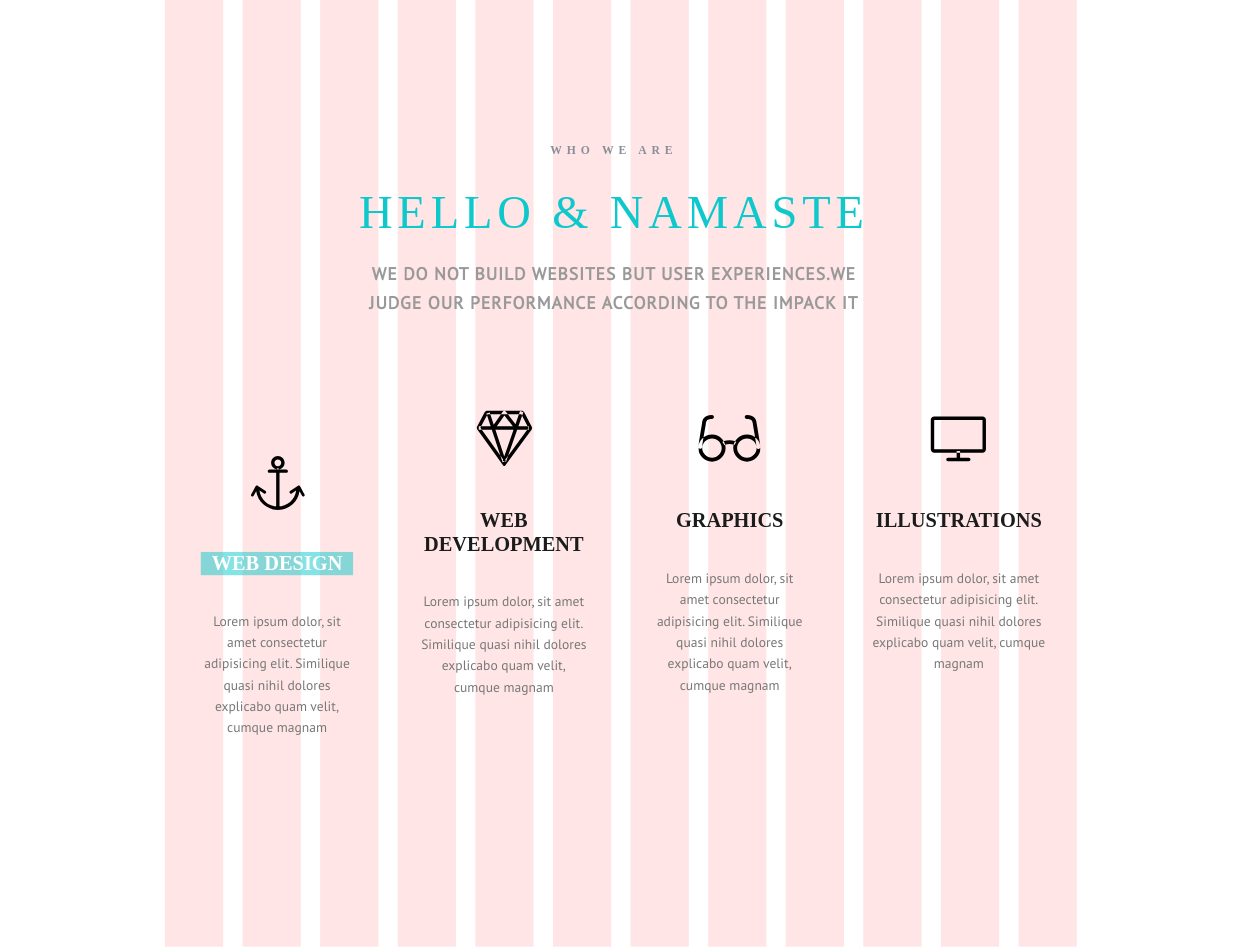
Repository: shpakovskaya/github.io
Page: boxsizing/namastegreen/index.html
An editor plug-in stored every save of this project. The page is shown before and after the next save, followed by the edit.
The browser window is 1280 px wide. The pictures show the whole page, at 97% of full size.
The pointer rests on the first visible `.c-wrapper__anchor`.

Above is the page before, as saved 2021-11-24 21:22:45.

### boxsizing/namastegreen/index.html
<!DOCTYPE html>
<html lang="en">
  <head>
    <meta charset="UTF-8" />
    <meta http-equiv="X-UA-Compatible" content="IE=edge" />
    <meta name="viewport" content="width=device-width, initial-scale=1.0" />
    <title>namaste_green</title>
    <link
      rel="stylesheet"
      href="https://cdnjs.cloudflare.com/ajax/libs/normalize/8.0.1/normalize.min.css"
      integrity="sha512-NhSC1YmyruXifcj/KFRWoC561YpHpc5Jtzgvbuzx5VozKpWvQ+4nXhPdFgmx8xqexRcpAglTj9sIBWINXa8x5w=="
      crossorigin="anonymous"
      referrerpolicy="no-referrer"
    />
    <link
      rel="shortcut icon"
      href="./free-icon-sahasrara-5937794.ico"
      type="image/x-icon"
    />
    <!-- Fonts -->
    <link rel="stylesheet" href="./montserrat/Montserrat-Regular.ttf" />
    <link rel="stylesheet" href="./montserrat/Montserrat-Bold.ttf" />
    <link rel="preconnect" href="https://fonts.googleapis.com" />
    <link rel="preconnect" href="https://fonts.gstatic.com" crossorigin />
    <link
      href="https://fonts.googleapis.com/css2?family=PT+Sans&display=swap"
      rel="stylesheet"
    />
    <link rel="stylesheet" href="./style.css" />
  </head>
  <body>
    <!-- Background -->
    <div class="conteiner">
      <img
        src="./img/1b0eb2e9-f134-46c9-915e-629d914347aa (1).png"
        alt="background"
      />
      <!-- Header -->
      <header class="header conteiner">
        <header class="header__wrapper">
          <h5 class="e-header__one">WHO WE ARE</h5>
          <h2 class="e-header__two">HELLO & NAMASTE</h2>
          <h4 class="e-header__three">
            WE DO NOT BUILD WEBSITES BUT USER EXPERIENCES.WE
            <br />JUDGE OUR PERFORMANCE ACCORDING TO THE IMPACK IT
          </h4>
        </header>
      </header>
      <!-- Main content -->
      <div class="wrapper">
        <!-- Anchor item -->
        <div class="c-wrapper__anchor">
          <div class="e-wrapper__anchor">
            <svg
              version="1.2"
              baseprofile="tiny-ps"
              xmlns="http://www.w3.org/2000/svg"
              viewbox="0 0 69 74"
              width="64"
              height="64"
            >
              <path
                id="Anchor"
                class="shp0"
                d="M35 70.19C21.76 70.19 10.62 60.29 9.08 47.16C8.95 46.06 9.73 45.07 10.83 44.94C11.92 44.8 12.92 45.59 13.05 46.69C14.35 57.81 23.79 66.19 35 66.19C46.19 66.19 55.63 57.82 56.95 46.73C57.08 45.63 58.07 44.84 59.17 44.98C60.27 45.11 61.06 46.1 60.92 47.2C59.36 60.31 48.22 70.19 35 70.19ZM35 69.68C33.89 69.68 33 68.79 33 67.68L33 22.56C33 21.45 33.89 20.56 35 20.56C36.1 20.56 37 21.45 37 22.56L37 67.68C37 68.79 36.1 69.68 35 69.68ZM35.03 9.94C37.27 9.94 39.09 11.76 39.09 14C39.09 16.24 37.27 18.06 35.03 18.06C32.79 18.06 30.97 16.24 30.97 14C30.97 11.76 32.79 9.94 35.03 9.94M35.03 5.94C30.58 5.94 26.97 9.55 26.97 14C26.97 18.45 30.58 22.06 35.03 22.06C39.48 22.06 43.09 18.45 43.09 14C43.09 9.55 39.48 5.94 35.03 5.94L35.03 5.94ZM59.4 45.16L51.49 50.54C50.81 50.97 49.89 50.95 49.48 50.25L49.07 49.8C48.67 49.1 48.89 48.18 49.57 47.74L58.67 41.6C58.68 41.59 58.69 41.58 58.7 41.57L59.32 41.17C59.66 40.95 60.05 40.9 60.4 40.99C60.76 41.07 61.09 41.3 61.29 41.65L61.66 42.28C61.67 42.3 61.66 42.31 61.67 42.32L66.81 51.78C67.22 52.48 67 53.39 66.32 53.83L65.75 54.05C65.07 54.48 64.23 54.09 63.82 53.39L59.4 45.16ZM6.18 53.39C5.77 54.09 4.93 54.48 4.25 54.05L3.68 53.83C3 53.39 2.78 52.48 3.19 51.78L8.33 42.32C8.34 42.31 8.33 42.3 8.34 42.28L8.71 41.65C8.91 41.3 9.24 41.07 9.6 40.99C9.95 40.9 10.34 40.95 10.68 41.17L11.3 41.57C11.31 41.58 11.32 41.59 11.33 41.6L20.43 47.74C21.11 48.18 21.33 49.1 20.93 49.8L20.52 50.25C20.11 50.95 19.19 50.97 18.51 50.54L10.6 45.16L6.18 53.39ZM25 22L45 22C46.1 22 47 22.89 47 24C47 25.1 46.1 26 45 26L25 26C23.9 26 23 25.1 23 24C23 22.89 23.9 22 25 22Z"
              />
            </svg>
          </div>
          <div class="title">
            <h4 class="title__anchor">WEB DESIGN</h4>
          </div>
          <div class="text__anchor">
            <span
              >Lorem ipsum dolor, sit amet consectetur adipisicing elit.
              Similique quasi nihil dolores explicabo quam velit, cumque magnam
            </span>
          </div>
        </div>
        <!-- Diamond item -->
        <div class="c-wrapper__diamond">
          <div class="e-wrapper__diamond">
            <svg
              version="1.2"
              baseprofile="tiny-ps"
              xmlns="http://www.w3.org/2000/svg"
              viewbox="0 0 74 72"
              width="66"
              height="64"
            >
              <path
                id="Diamond"
                class="shp0"
                d="M57.75 7.98L66.06 23.88L37.94 62.17L10.27 23.59L18.57 7.98L57.75 7.98M58.17 3.98L18.17 3.98C17.07 3.98 15.74 4.77 15.23 5.75L6.51 22.14C5.99 23.11 6.09 24.63 6.73 25.53L36.74 67.35C37.06 67.8 37.49 68.03 37.91 68.03C38.34 68.03 38.76 67.81 39.09 67.36L69.58 25.85C70.23 24.96 70.35 23.44 69.84 22.47L61.09 5.75C60.58 4.78 59.27 3.98 58.17 3.98L58.17 3.98ZM66.42 25.98L8.42 25.98L8.42 21.98L66.42 21.98L66.42 25.98ZM36.02 63.61L17.27 7.11L21.06 5.85L39.81 62.35L36.02 63.61ZM39.96 63.18L36.18 61.86L56.28 4.32L60.06 5.64L39.96 63.18ZM27.14 25.12L23.86 22.83L36.39 4.83C36.76 4.31 37.35 3.99 37.98 3.97C38.59 3.98 39.22 4.24 39.61 4.75L53.08 22.08L49.92 24.54L38.12 9.35L27.14 25.12Z"
              />
            </svg>
          </div>
          <div class="title">
            <h4 class="title__diamond">WEB DEVELOPMENT</h4>
          </div>
          <div class="text__diamond">
            <span
              >Lorem ipsum dolor, sit amet consectetur adipisicing elit.
              Similique quasi nihil dolores explicabo quam velit, cumque magnam
            </span>
          </div>
        </div>
        <!-- Eyeglasses item -->
        <div class="c-wrapper__eyeglasses">
          <div class="e-wrapper__eyeglasses">
            <svg
              version="1.2"
              baseprofile="tiny-ps"
              xmlns="http://www.w3.org/2000/svg"
              viewbox="0 0 64 48"
              width="64"
              height="64"
            >
              <path
                id="Eyeglasses"
                class="shp0"
                d="M1.91 34.69C1.86 34.69 1.81 34.69 1.77 34.69C0.66 34.61 -0.17 33.65 -0.09 32.55C-0.03 31.68 3.03 12.72 3.54 9.66C3.59 9.37 3.62 9.06 3.67 8.73C4.06 5.65 4.79 -0.06 14.01 -0.06C15.12 -0.06 16.01 0.83 16.01 1.94C16.01 3.04 15.12 3.94 14.01 3.94C8.31 3.94 8.01 6.28 7.63 9.24C7.59 9.62 7.54 9.98 7.48 10.32C7.09 12.7 4.32 26.99 3.9 32.83C3.83 33.89 2.95 34.69 1.91 34.69ZM62.09 34.82C61.05 34.82 59.97 34.01 59.9 32.96C59.48 27.12 56.71 12.7 56.32 10.32C56.26 9.98 56.21 9.62 56.17 9.24C55.79 6.28 55.49 3.94 49.79 3.94C48.69 3.94 47.79 3.04 47.79 1.94C47.79 0.83 48.69 -0.06 49.79 -0.06C59.01 -0.06 59.74 5.65 60.13 8.73C60.18 9.06 60.21 9.37 60.26 9.66C60.77 12.72 64.03 31.81 64.09 32.67C64.17 33.78 63.34 34.73 62.23 34.81C62.19 34.82 62.14 34.82 62.09 34.82ZM14.08 24.02C19.58 24.02 24.04 28.48 24.04 33.98C24.04 39.47 19.58 43.94 14.08 43.94C8.57 43.94 3.92 39.38 3.92 33.98C3.92 28.58 8.57 24.02 14.08 24.02M14.08 20.02C6.37 20.02 -0.08 26.27 -0.08 33.98C-0.08 41.69 6.37 47.94 14.08 47.94C21.79 47.94 28.04 41.69 28.04 33.98C28.04 26.27 21.79 20.02 14.08 20.02L14.08 20.02ZM50.08 24.02C55.57 24.02 60.04 28.48 60.04 33.98C60.04 39.47 55.57 43.94 50.08 43.94C44.57 43.94 39.91 39.38 39.91 33.98C39.91 28.58 44.57 24.02 50.08 24.02M50.08 20.02C42.37 20.02 35.91 26.27 35.91 33.98C35.91 41.69 42.37 47.94 50.08 47.94C57.79 47.94 64.04 41.69 64.04 33.98C64.04 26.27 57.79 20.02 50.08 20.02L50.08 20.02ZM26.87 30.96L24.69 27.6C24.97 27.42 27.51 25.83 31.98 25.83C36.25 25.83 38.86 27.23 39.15 27.39L37.18 30.88C37.18 30.88 35.21 29.83 31.98 29.83C28.71 29.83 26.89 30.94 26.87 30.96Z"
              />
            </svg>
          </div>
          <div class="title">
            <h4 class="title__eyeglasses">GRAPHICS</h4>
          </div>
          <div class="text__eyeglasses">
            <span
              >Lorem ipsum dolor, sit amet consectetur adipisicing elit.
              Similique quasi nihil dolores explicabo quam velit, cumque magnam
            </span>
          </div>
        </div>
        <!-- Monitor item -->
        <div class="c-wrapper__monitor">
          <div class="e-wrapper__monitor">
            <svg
              version="1.2"
              baseprofile="tiny-ps"
              xmlns="http://www.w3.org/2000/svg"
              viewbox="0 0 72 65"
              width="64"
              height="64"
            >
              <path
                id="Monitor"
                class="shp0"
                d="M64 10.98L64 44.99L8 44.99L8 10.98L64 10.98M64 6.98L8 6.98C5.8 6.98 4 8.78 4 10.98L4 44.99C4 47.19 5.8 48.99 8 48.99L64 48.99C66.2 48.99 68 47.19 68 44.99L68 10.98C68 8.78 66.2 6.98 64 6.98L64 6.98ZM38 47L38 55L48 55C49.1 55 50 55.9 50 57C50 58.1 49.1 59 48 59L24 59C22.9 59 22 58.1 22 57C22 55.9 22.9 55 24 55L34 55L34 47L38 47Z"
              />
            </svg>
          </div>
          <div class="title">
            <h4 class="title__monitor">ILLUSTRATIONS</h4>
          </div>
          <div class="text__monitor">
            <span
              >Lorem ipsum dolor, sit amet consectetur adipisicing elit.
              Similique quasi nihil dolores explicabo quam velit, cumque magnam
            </span>
          </div>
        </div>
      </div>
    </div>
  </body>
</html>

### boxsizing/namastegreen/style.css
* {
  margin: 0;
  padding: 0;
  box-sizing: border-box;
}

.conteiner {
  max-width: 1280px;
  max-height: 976px;
  position: relative;
}

/* Header */
.header {
  position: absolute;
  top: 0px;
  left: 370px;
}

.header__wrapper {
  margin-top: 140px;
  text-align: center;
  line-height: 30px;
  /* display: flex;
  flex-direction: column; */
  /* justify-content: center; */
}
.e-header__one {
  font-size: 12px;
  font-family: "Montserrat";

  color: #898f99;
  letter-spacing: 5px;
  margin-bottom: 34px;
}

.e-header__two {
  font-size: 48px;
  font-family: "Montserrat";
  color: #0ec8cb;
  margin-bottom: 34px;
  letter-spacing: 5px;
  font-weight: 400;
}

.e-header__three {
  font-size: 18px;
  letter-spacing: 1px;
  color: #999999;
  font-family: "PT Sans";
}

/* Items */
.wrapper {
  position: absolute;
  top: 420px;
  left: 170px;
  display: flex;
  flex-direction: row;
  text-align: center;
  max-width: 940px;
  min-height: 418px;
}

.c-wrapper__anchor {
  display: inline-block;
  align-content: center;
  background: cornflowerblue transparent;
  border: 1px solid transparent;
}

/* Title */
.title {
  color: #1b1b1b;
  margin: 36px;
  font-size: 21px;
  font-family: "Montserrat";
}

/* Text */
.text__diamond,
.text__anchor,
.text__eyeglasses,
.text__monitor {
  margin: 32px;
  color: #777777;
  font-size: 14px;
  line-height: 22px;
  font-family: "PT Sans";
  font-weight: 400;
}

/* Items hover */
.c-wrapper__anchor:hover > .title {
  background: rgba(14, 200, 203, 0.5);
  color: white;
  fill: white;
}

.c-wrapper__diamond:hover {
  background: rgba(14, 200, 203, 0.5);
  color: white;
  fill: white;
}

.c-wrapper__eyeglasses:hover {
  background: rgba(14, 200, 203, 0.5);
  color: white;
  fill: white;
}

.c-wrapper__monitor:hover {
  background: rgba(14, 200, 203, 0.5);
  color: white;
  fill: white;
}

After the next save:
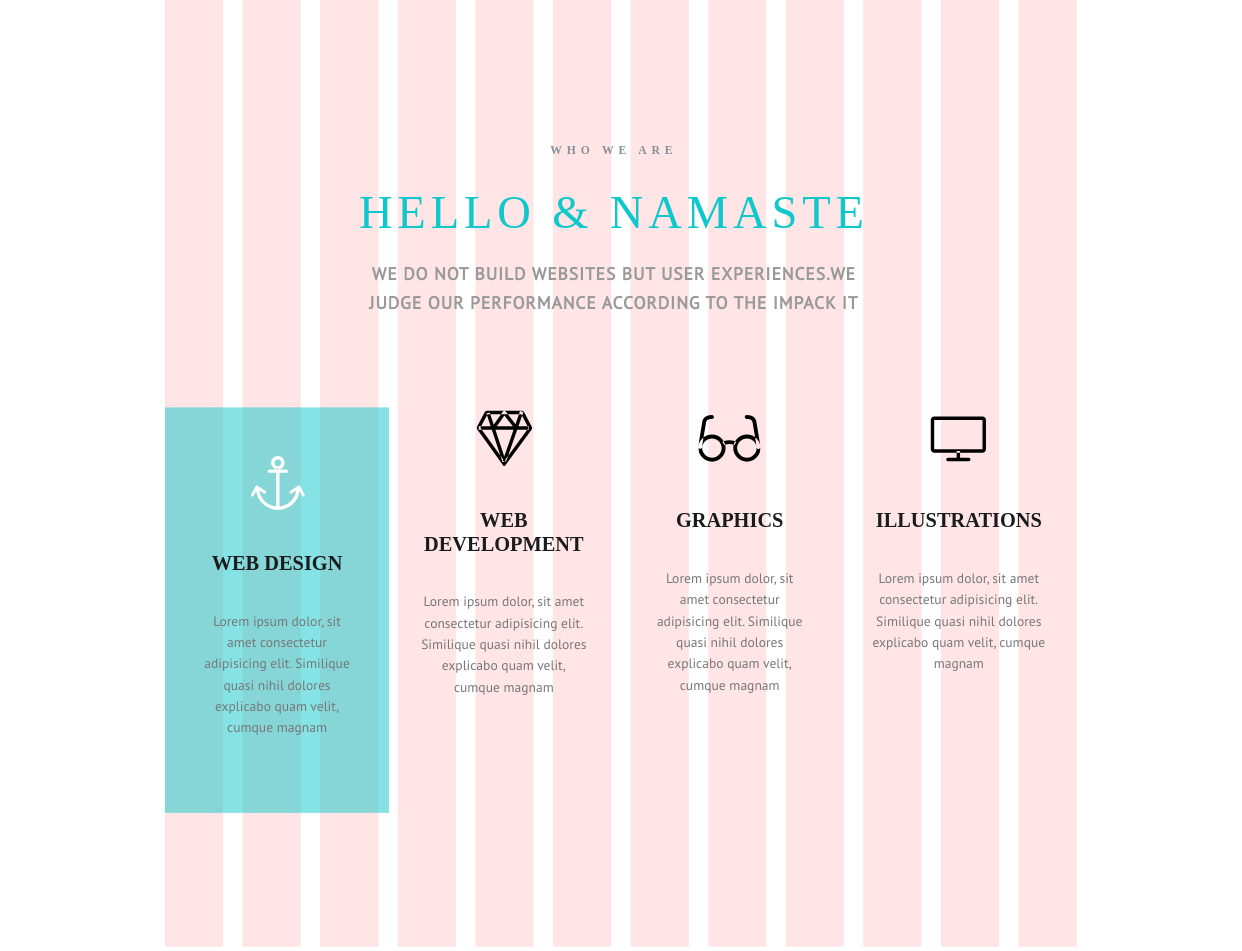
Saved 10 s later.
--- a/boxsizing/namastegreen/style.css
+++ b/boxsizing/namastegreen/style.css
@@ -91,7 +91,7 @@
 }
 
 /* Items hover */
-.c-wrapper__anchor:hover > .title {
+.c-wrapper__anchor:hover {
   background: rgba(14, 200, 203, 0.5);
   color: white;
   fill: white;
